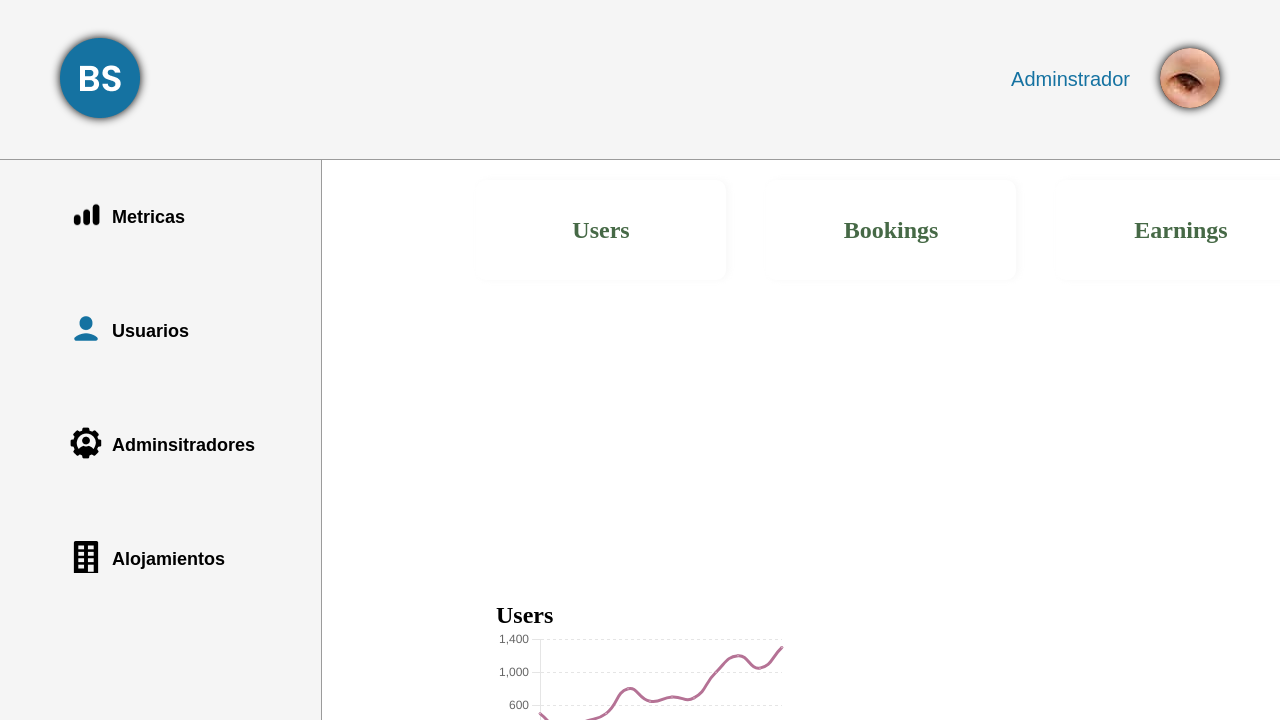
Repository: Cherced/BookingUi
Page: /
The author's editor kept a copy of each file at every save. The page is drawn from the files as they stood at one save, then again after a run of saves.
The browser window is 1280 px wide. The pictures show the whole page.
An inner scrolling area shows only its first screen. Some web fonts or font styles are not loaded; a fallback is used. The project was rebuilt for these pictures with package versions that can differ from the ones it lists, and the page was loaded fresh each time. The framework's server and built-in components were replaced by stand-ins that run in the browser. Also part of the build but not shown: next.config.js.

Above is the page before, as saved 2022-06-03 15:42:18.

After the next 2 saves:
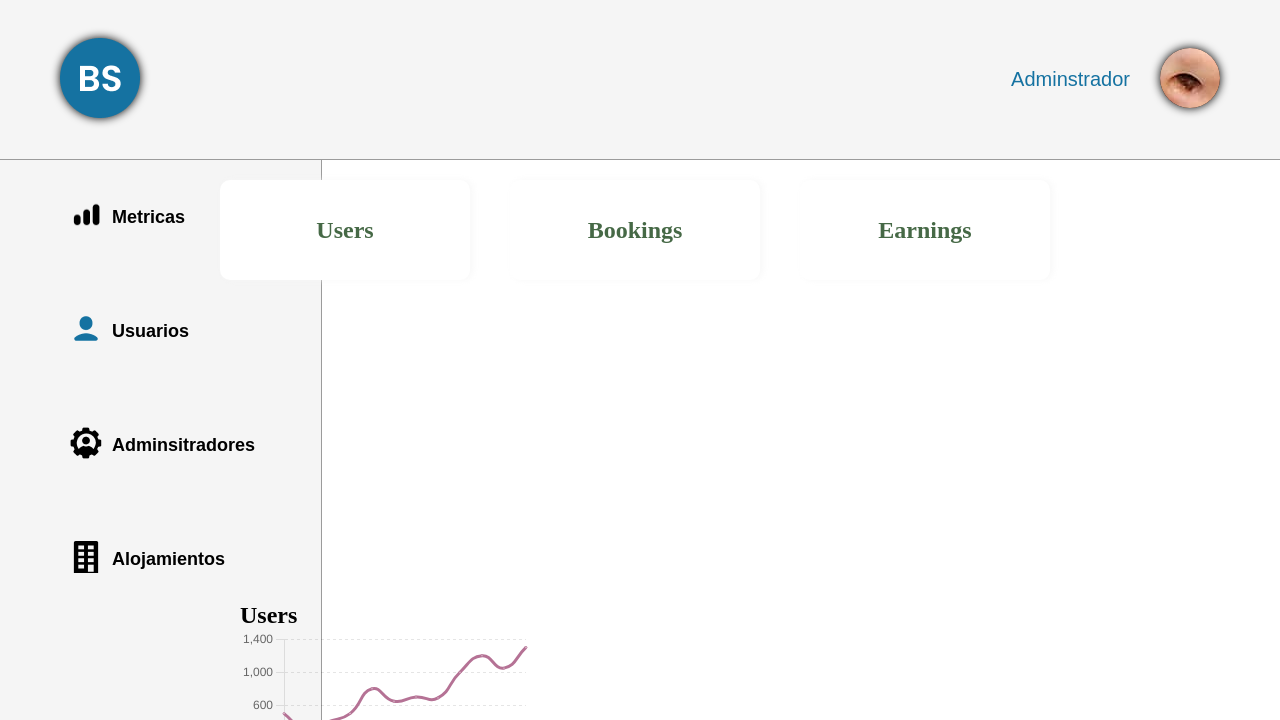
The 2 saves are shown as one change because they came seconds apart.
The last was saved 2 min 31 s later.
--- a/sass/components/_contentdash.scss
+++ b/sass/components/_contentdash.scss
@@ -1,6 +1,6 @@
 .contentcontainer{
     grid-area: main;
-    grid-column: 2/6;
+    grid-column: 1/6;
     grid-row: 2/3;
     display: flex;
     flex-wrap: wrap;

After the save that followed:
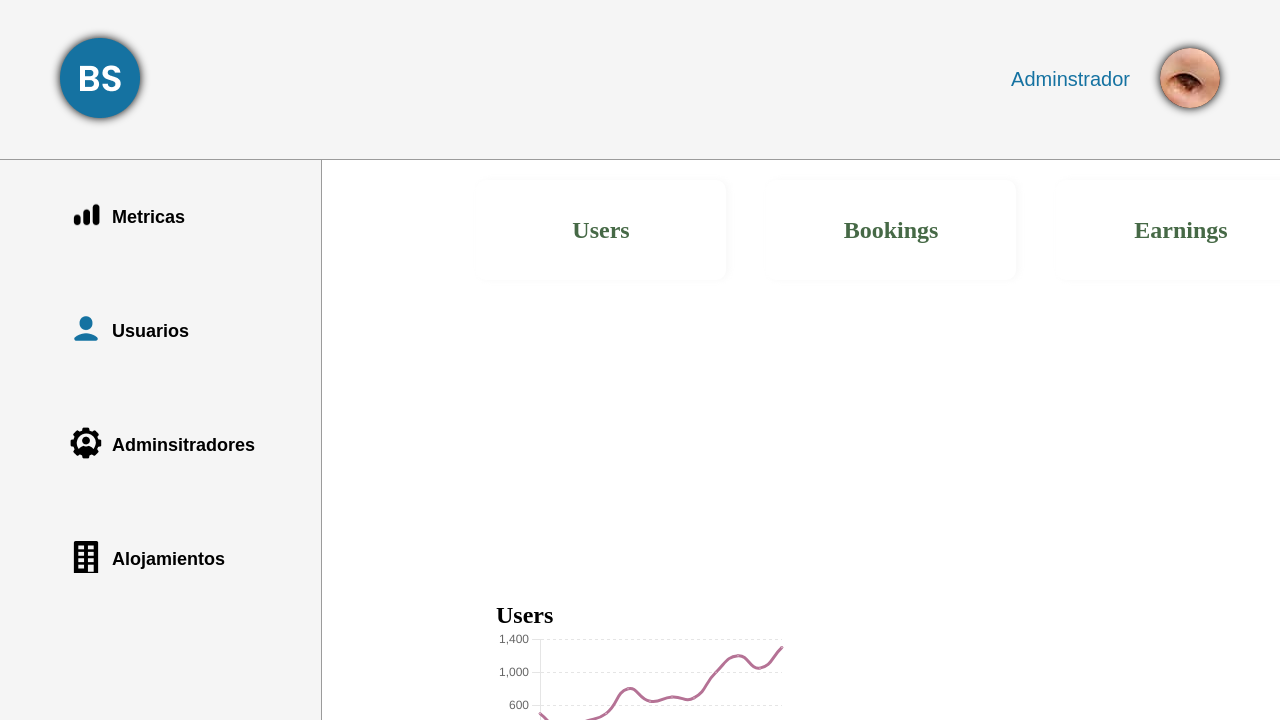
Saved 25 s later.
--- a/sass/components/_contentdash.scss
+++ b/sass/components/_contentdash.scss
@@ -1,6 +1,6 @@
 .contentcontainer{
     grid-area: main;
-    grid-column: 1/6;
+    grid-column: 2/6;
     grid-row: 2/3;
     display: flex;
     flex-wrap: wrap;
